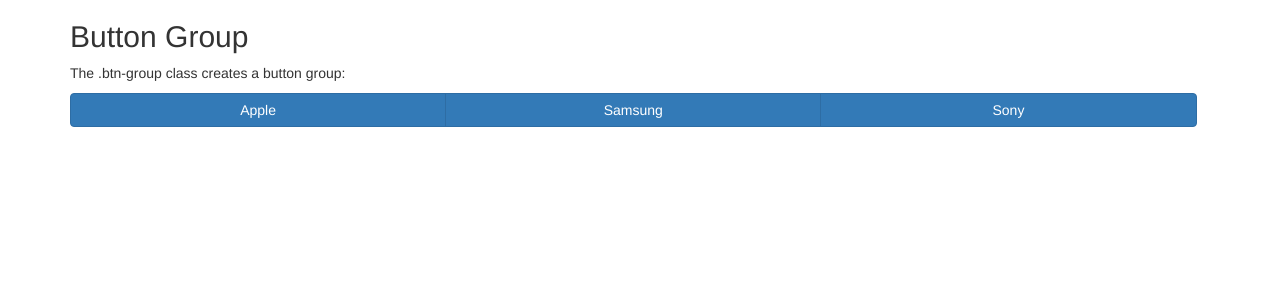
Repository: rsusolutions/RSU-Website
Page: quiz/index2.html
An editor plug-in stored every save of this project. The page is shown before and after the next save, followed by the edit.
The browser window is 1280 px wide. The pictures show the whole page.

Above is the page before, as saved 2020-04-21 13:28:21.

After the next save:
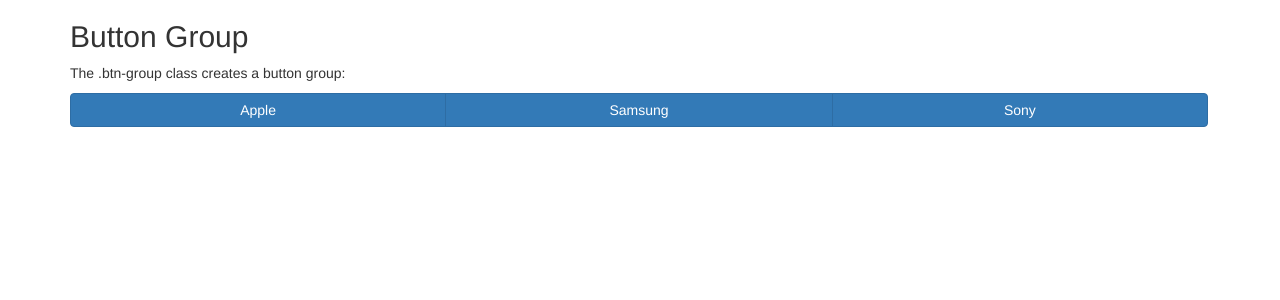
Saved 11 s later.
--- a/quiz/index2.html
+++ b/quiz/index2.html
@@ -15,7 +15,7 @@
   <p>The .btn-group class creates a button group:</p>
   <div class="btn-group btn-block">
     <button type="button " style="width: 33%;" class="btn btn-primary ">Apple</button>
-    <button type="button" style="width: 33%;" class="btn btn-primary ">Samsung</button>
+    <button type="button" style="width: 34%;" class="btn btn-primary ">Samsung</button>
     <button type="button" style="width: 33%;" class="btn btn-primary ">Sony</button>
   </div>
 </div>
